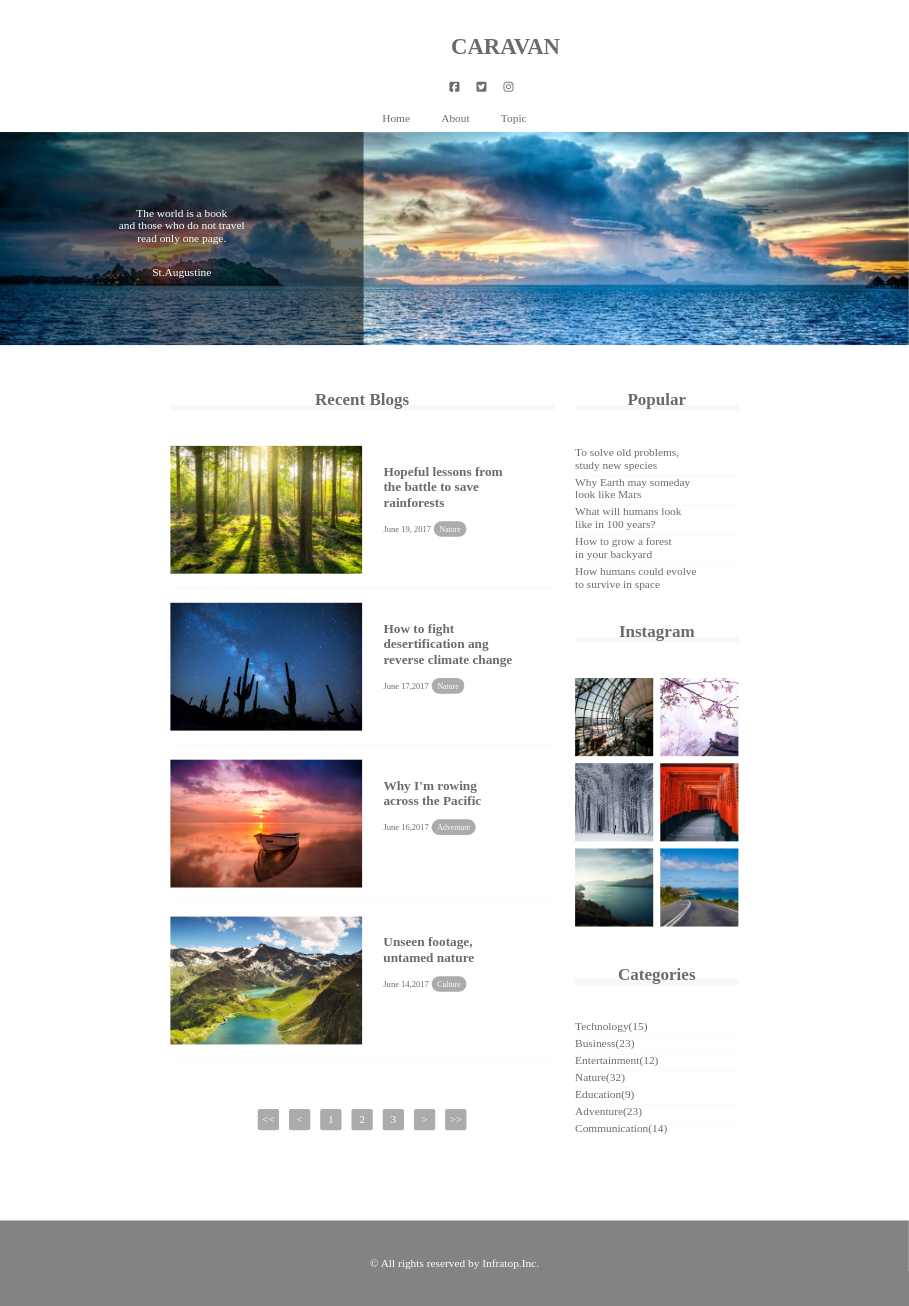
Repository: takanauti/task
Page: caravan/index.html
The author's editor kept a record of every edit. The page is drawn from the files as they stood at one moment, then again after the next edit.
The browser window is 1280 px wide. The pictures show the whole page, at 71% of full size.
Some web libraries are served in a nearby version.

Above is the page before.

### caravan/index.html
<!DOCTYPE html>
<html lang="ja">
  <head>
    <meta charset="UTF-8" />
    <script src="https://kit.fontawesome.com/c3feab150c.js" crossorigin="anonymous"></script>
    <!-- CSSファイルの読み込み -->
    <link rel="stylesheet" href="style.css" />
    <title>CARAVAN</title>
  </head>

  <body>
    <!--header-->
    <header>


　　 <h1 class="heading">
　　   <a href="index.html">
　　  CARAVAN
　　  </a>
　　 </h1>
　　<div class="social">

　  <i class="fab fa-facebook-square"></i>
    <i class="fab fa-twitter-square"></i>
    <i class="fab fa-instagram"></i>

　　</div>
    </header>

    <nav>
     <ul class="nav-list">
       <li class="nav-list-item">
         <a href="index.html">Home</a>
       </li>
       <li class="nav-list-item">About</li>
       <li class="nav-list-item">Topic</li>
     </ul>
    </nav>


        <!-- main-visual用のdiv -->
    <div class="main-visual">
    <div class="main-visual-content">
      <p class="main-visual-text">
        The world is a book<br />
        and those who do not travel<br />
        read only one page.
      </p>
      <p class="main-visual-name">
        St.Augustine
      </p>
    </div>

    </div>

      <!-- main用のdiv -->
   <main>
      <section class="blog">
        <h2 class="blog-heading">Recent Blogs</h2>
        <div class="blog-box">
        <div class="blog-item">
          <img class="blog-image" src="img/forest.jpg"/>
          <section class="blog-text">
            <h3 class="blog-text-heading">
              <a href="single.html">
                Hopeful lessons from<br>
                the battle to save<br>
                rainforests
              </a>
            </h3>
            <p class="blog-date">June 19, 2017</p>
            <span class="category">Nature</span>
          </section>
        </div>
        <div class="blog-item">
        <img class="blog-image" src="img/desert.jpg"/>
        <section class="blog-text">
        <h3 class="blog-text-heading">
        <a href="single.html">
          How to fight <br>
          desertification ang <br>
          reverse climate change
        </a>
        </h3>
        <p class="blog-date">June 17,2017</p>
        <span class="category">Nature</span>
        </section>
        </div>

        <div class="blog-item">
        <img class="blog-image" src="img/sunset.jpg"/>
        <section class="blog-text">
         <h3 class="blog-text-heading">
          <a href="single.html">
            Why I'm rowing <br>
            across the Pacific
          </a>
         </h3>
         <p class="blog-date">June 16,2017</p>
        <span class="category">Adventure</span>
        </section>
        </div>
        <div class="blog-item">
          <img class="blog-image" src="img/italy.jpg"/>
          <section class="blog-text">
          <h3 class="blog-text-heading">
          <a href="single.html">
           Unseen footage,<br>
           untamed nature
          </a>
          </h3>
          <p class="blog-date">June 14,2017</p>
          <span class="category">Culture</span>
          </section>
        </div>
        </div>

           <div class="pagination">
          <p><<</p>
          <p><</p>
          <p>1</p>
          <p>2</p>
          <p>3</p>
          <p>></p>
          <p>>></p>
        </div>
        </section>
      <div class="sidebar">
        <section class="popular">
        <h2 class="popular-heading common-heading">Popular</h2>
        <div class="sidebar-contents">
        <p class="popular-text">To solve old problems,<br>study new species</p>
        <p class="popular-text">Why Earth may someday<br>look like Mars</p>
            <p class="popular-text">What will humans look<br>like in 100 years?</p>
            <p class="popular-text">How to grow a forest<br>in your backyard</p>
            <p class="popular-text">How humans could evolve<br>to survive in space</p>
        </div>
        </section>

        <section class="instagram">
        <h2 class="instagram-heading common-heading">Instagram</h2>
        <div class="sidebar-contents">
        <div class="instagram-box"></div>
        <div class="instagram-box"></div>
        <div class="instagram-box"></div>
        <div class="instagram-box"></div>
        <div class="instagram-box"></div>
        <div class="instagram-box"></div>
        </div>
        </section>
        <section class="categories">
        <h2 class="categories-heading common-heading">Categories</h2>
        <div class="sidebar-contents">
          <p class="categories-text">Technology(15)</p>
          <p class="categories-text">Business(23)</p>
          <p class="categories-text">Entertainment(12)</p>
          <p class="categories-text">Nature(32)</p>
          <p class="categories-text">Education(9)</p>
          <p class="categories-text">Adventure(23)</p>
          <p class="categories-text">Communication(14)</p>
        </div>
        </section>
      </div>
    </main>



    <!--footer-->
    <footer>
    <p class="footer-text">© All rights reserved by Infratop.Inc.</p>
    </footer>

    </body>
</html>

### caravan/style.css
/* ブラウザがそれぞれ持っているCSSをリセットするための記述 */
* {
  margin: 0;
  padding: 0;
  box-sizing: border-box;
  color: #6c6b6b;
}

a {
  text-decoration: none;
}

header {
  width: 90%; /* 横幅90% */
  padding: 15px 0;
  margin: 0 auto;
  text-align: center;
}

.social i {
  display: inline-block;
  margin-left: 20px;
}

header .heading {
  /* headerタグ内のheadingクラスにのみ反映される */
  font-size: 32px;
}

.nav-list {
  text-align: center;
  padding: 10px 0;
  margin: 0 auto;
}

.nav-list-item {
  list-style: none;
  display: inline-block;
  margin: 0 20px;
}

.main-visual {
  width: 100%; /* 横幅いっぱい */
  height: 300px; /* 高さ300px */
  background-image: url(img/mv.jpg);
  background-size: cover; /* 縦横比を維持したまま背景領域を埋め尽くす */
  background-position: center; /* 背景画像を中央に配置 */
}

.main-visual-content {
  width: 40%; /* 横幅40% */
  height: 300px; /* 親の高さに揃える */
  background-color: rgba(0, 0, 0, 0.5); /* 背景色を半透明の黒にする */
  text-align: center; /* 文字を中央揃えにする */
  padding-top: 105px; /* 上側の内側余白で垂直方向の位置を調整 */
}

.main-visual-text {
  color: #fff; /* 文字色を白に変更 */
}

.main-visual-name {
  margin-top: 30px; /* 上側の外側の余白 */
  color: #fff; /* 文字色を白に変更 */
}

main{
  width:800px;
  display: flex;
  justify-content:center;
  margin:0 auto;
  padding:70px 0;
}

.blog {
  width:540px;
  margin-right: 30px;
}

.blog-heading{
  border-bottom: 8px solid#f7f7f7;
  text-align: center;
  line-height: 0.6;
}

.blog-box{
  padding-top: 50px;
}

.blog-item{
  padding-bottom: 20px;
  margin-bottom: 20px;
  border-bottom: 1px solid #f7f7f7;
  display: flex;
  justify-content:flex-start;
}

.blog-image{
  height: 180px;
}

.blog-text{
  padding: 25px 0 0 30px;
}

.blog-text-heading{
  padding-bottom: 15px;
}

.blog-date{
  font-size: 12px;
  display: inline-block;
}

.category{
  display: inline-block;
  padding: 5px 8px;
  background-color: #acabab;
  border-radius: 30px;
  color:#fff;
  font-size:11px;
}

.pagination {
  text-align: center;
  padding-top: 50px;
}

.pagination p {
  display: inline-block;
  width: 30px;
  height: 30px;
  margin: 0 5px;
  color: #fff;
  background-color: #acabab;
  border-radius: 3px;
  line-height: 30px;
}
.sidebar {
  width: 230px;
}

.common-heading{
  border-bottom: 8px solid #f7f7f7;
  text-align: center;
  line-height: 0.6;
}

.sidebar-contents{
  padding: 50px 0;
}

.popular-text,
.categories-text{
 padding-bottom: 5px;
 border-bottom: 1px solid #f7f7f7;
 maegin-bottom:5px;
}

.popular-text:last-child,
.categories-text:last-child {
  margin: 0;
  padding: 0;
  border: none;
}

.instagram .sidebar-contents {
  display: flex;
  flex-wrap: wrap;
}

.instagram-box {
  width: 110px;
  padding-top: 110px;
  background-size: cover;
  background-position: center;
  margin-bottom: 10px;
}

.instagram-box:nth-child(odd) {
  margin: 0 10px 10px 0;
}

.instagram-box:nth-child(1) {
  background-image: url(img/airport.jpg);
}

.instagram-box:nth-child(2) {
  background-image: url(img/japan.jpg);
}

.instagram-box:nth-child(3) {
  background-image: url(img/snow.jpg);
}

.instagram-box:nth-child(4) {
  background-image: url(img/japan2.jpg);
}

.instagram-box:nth-child(5) {
  background-image: url(img/lake.jpg);
}

.instagram-box:nth-child(6) {
  background-image: url(img/road.jpg);
}

footer {
  width: 100%;
  height: 120px;
  text-align: center;
  line-height: 120px;
  background-color: #848282;
}

.footer-text {
  color: #fff;
}

After the next edit:
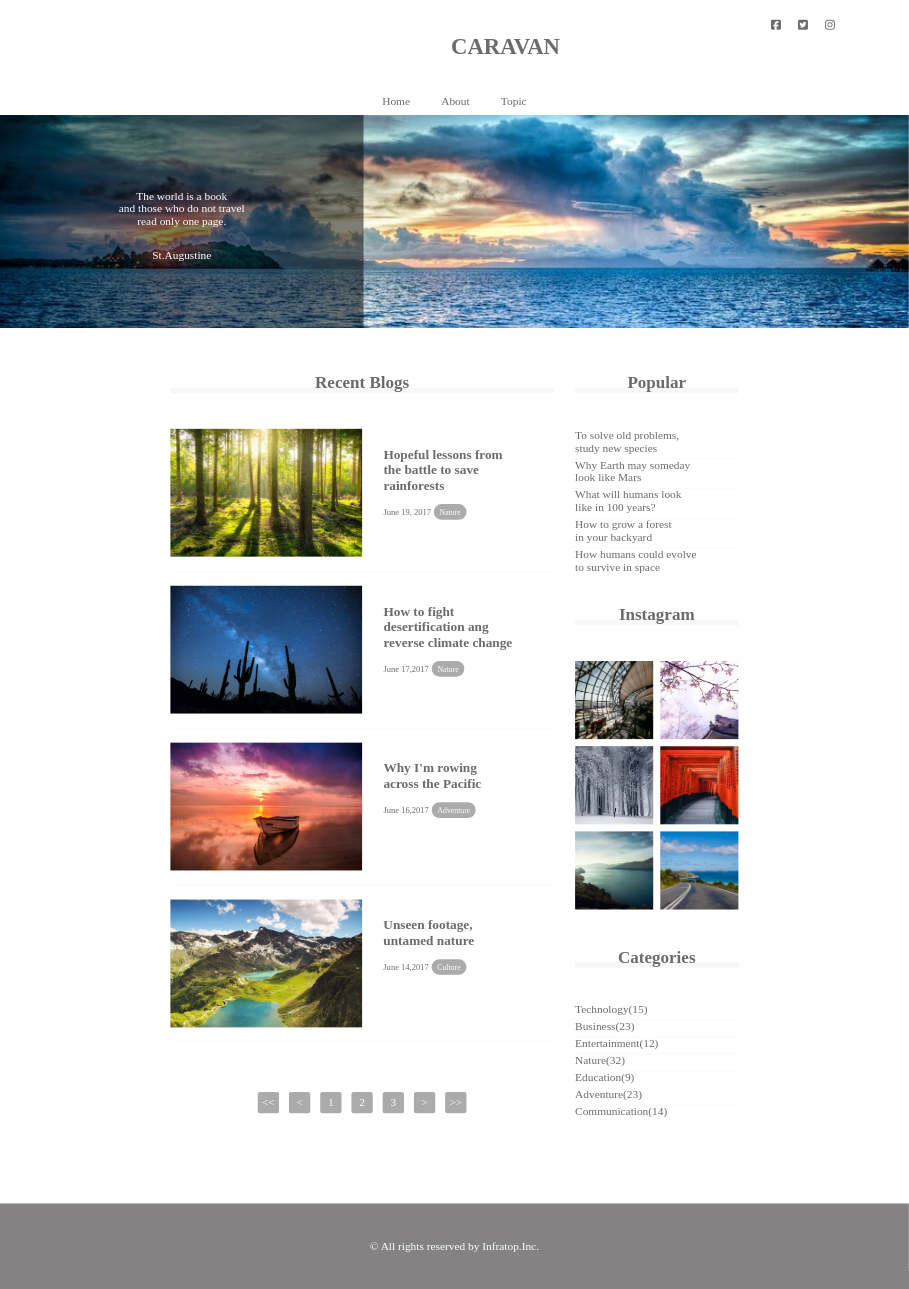
The edit:
--- a/caravan/style.css
+++ b/caravan/style.css
@@ -15,6 +15,13 @@
   padding: 15px 0;
   margin: 0 auto;
   text-align: center;
+  position: relative;
+}
+
+.social {
+  position: absolute; /* headerの左上を基準に絶対位置で指定する */
+  top: 22px; /* headerの左上から22px下側へ移動する */
+  right: 22px; /* headerの右上から22px左側へ移動する */
 }
 
 .social i {
